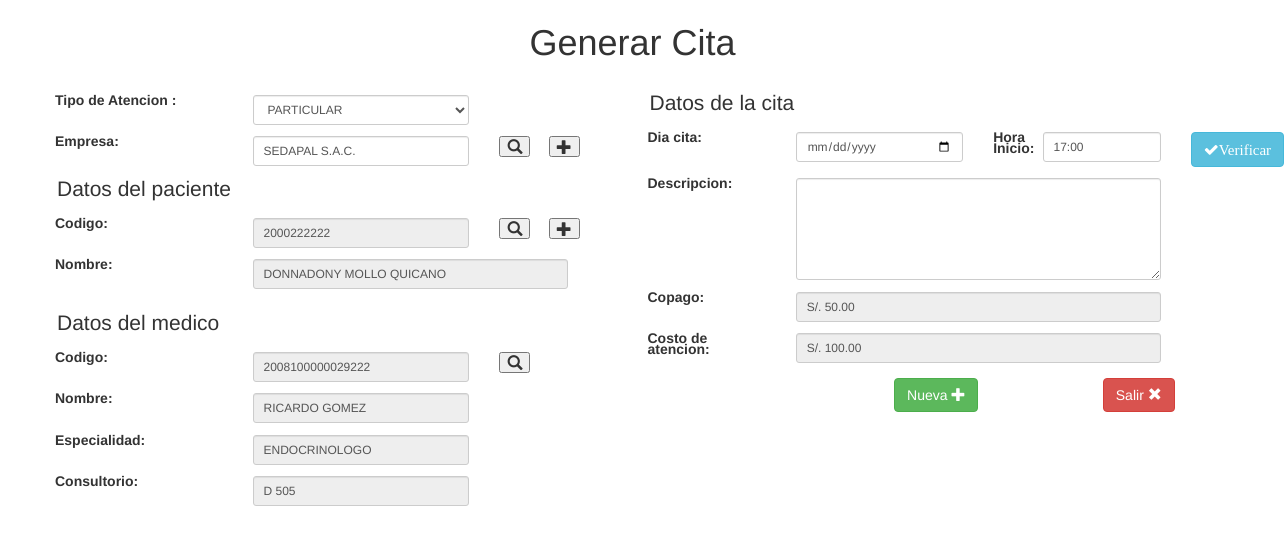
Repository: Donyx10/ADSII-ProyectoClinica
Page: http://localhost/AvanceWeb/GeneraCitaMedica.jsp
The author's editor kept a copy of each file at every save. The page is drawn from the files as they stood at one save, then again after the next save.
The browser window is 1280 px wide. The page is 1284 px wide, so the pictures cover 1284 px, including what lies to the right of the window. The pictures show the whole page.
Some web fonts or font styles are not loaded; a fallback is used. The page is served by Tomcat 9.

Above is the page before, as saved 2018-06-04 05:59:37.

After the next save:
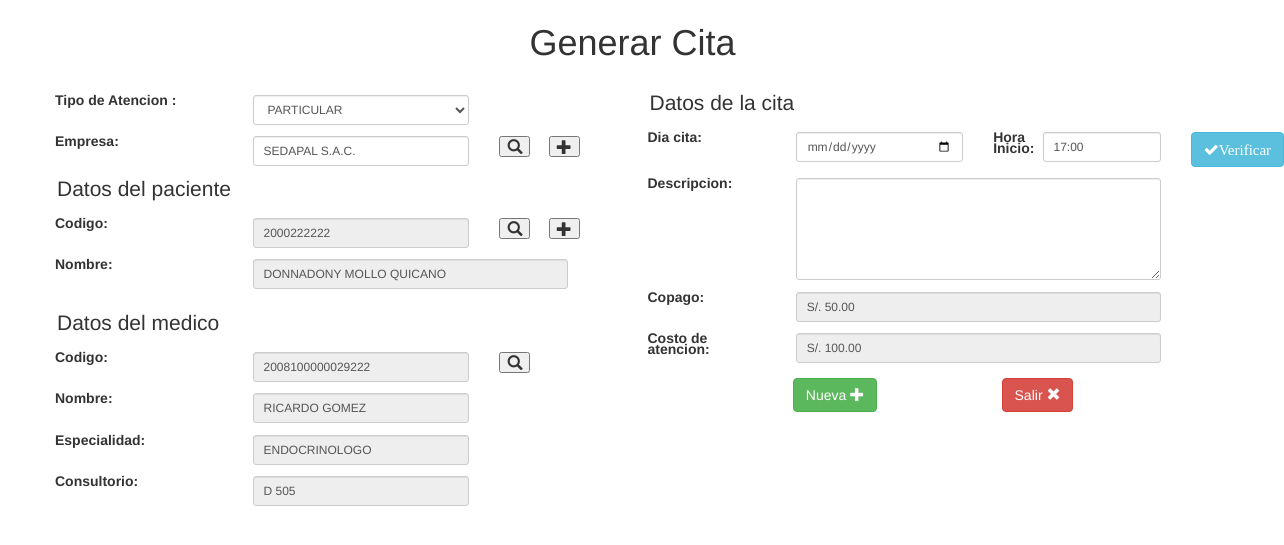
Saved 18 s later.
--- a/WebDemo/AvanceWeb/WebContent/GeneraCitaMedica.jsp
+++ b/WebDemo/AvanceWeb/WebContent/GeneraCitaMedica.jsp
@@ -257,7 +257,7 @@
 					</div>
 				</div>
 				<div class="form-group row" id="botones">
-						<div class="col-md-2" align="center"></div>
+						<div class="col-md-1" align="center"></div>
 						<div class="col-md-2" align="center">
 							<button type="submit" class="btn btn-success">
 								Nueva <span class="glyphicon glyphicon-plus"></span>
